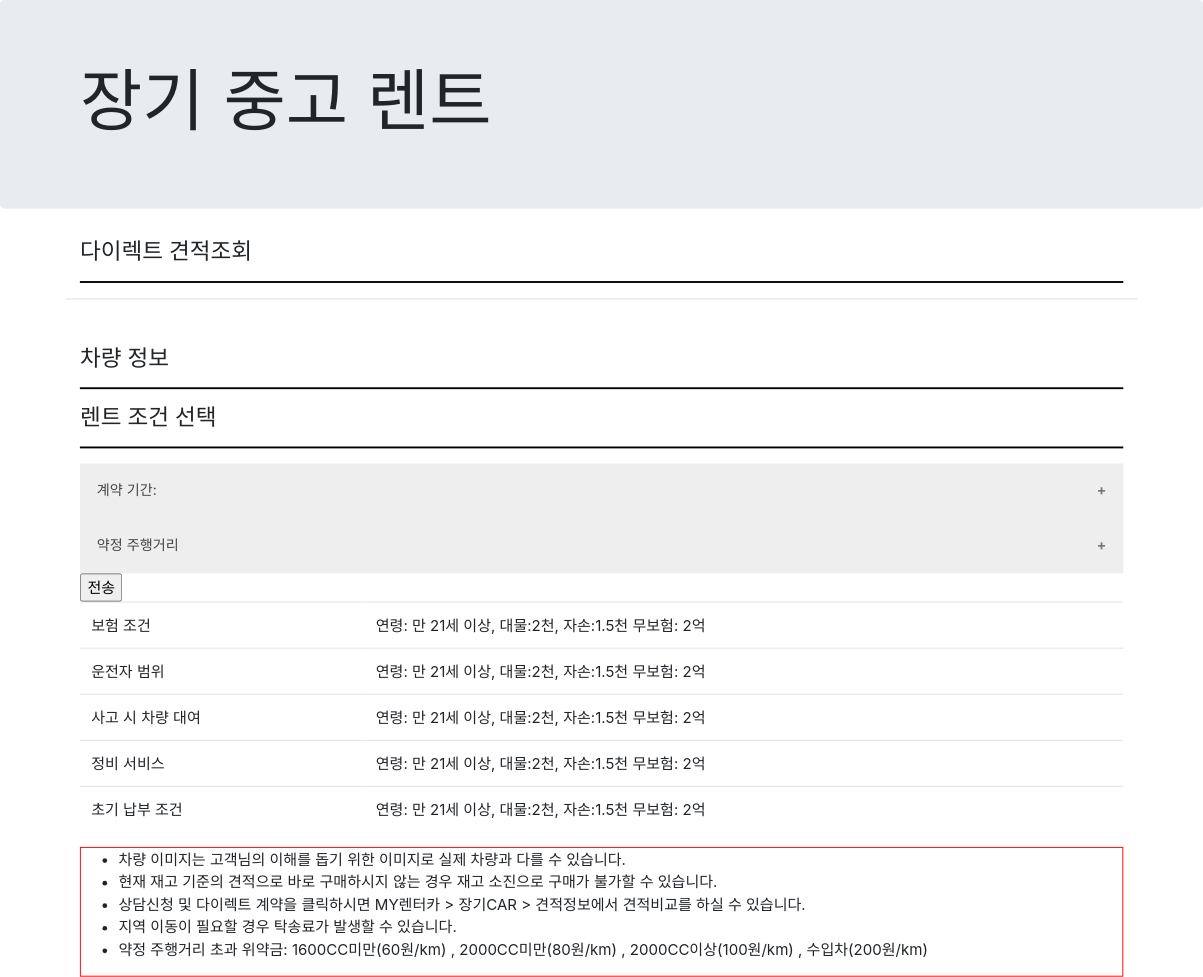
Repository: hyebinkim00/Project
Page: http://localhost/jsp/long_lent_oldcar/carLent.jsp
The author's editor kept a copy of each file at every save. The page is drawn from the files as they stood at one save, then again after the next save.
The browser window is 1280 px wide. The pictures show the whole page, at 94% of full size.
The page is served by Tomcat 9. Other server files are loaded and not shown. Queries for data that is not in the repository find no rows.

Above is the page before, as saved 2020-09-15 08:46:02.

### jsp/WebContent/long_lent_oldcar/carLent.jsp
<%@page import="java.net.URLDecoder"%>
<%@page language="java" contentType="text/html; charset=UTF-8" pageEncoding="UTF-8"%>
<%@taglib prefix="c" uri="http://java.sun.com/jsp/jstl/core" %>
<%@taglib prefix="sql" uri="http://java.sun.com/jsp/jstl/sql"  %>
<% request.setCharacterEncoding("utf-8");
//URLEncoder.encode

String carname=request.getParameter("carname");
/* String carname = new String(request.getParameter("carname").getBytes("8859_1"), "EUC-KR"); */

%>

<!DOCTYPE html>
<html>
<head>
<meta name="viewport" content="width=device-width, initial-scale=1">
<style>
.accordion {
  background-color: #eee;
  color: #444;
  cursor: pointer;
  padding: 18px;
  width: 100%;
  border: none;
  text-align: left;
  outline: none;
  font-size: 15px;
  transition: 0.4s;
}

.active, .accordion:hover {
  background-color: #ccc;
}

.accordion:after {
  content: '\002B';
  color: #777;
  font-weight: bold;
  float: right;
  margin-left: 5px;
}

.active:after {
  content: "\2212";
}

.panel {
  padding: 0 18px;
  background-color: white;
  max-height: 0;
  overflow: hidden;
  transition: max-height 0.2s ease-out;
}

div.f{
border: 1px solid red;}
</style>
<link rel="stylesheet" href="../resources/css/bootstrap.min.css" />
<meta charset="UTF-8" />
<title>장기 중고 상세</title>
<script src="https://code.jquery.com/jquery-3.5.1.min.js"></script>
<script src="https://ajax.googleapis.com/ajax/libs/jquery/3.5.1/jquery.min.js"></script>

</head>
<body>
<script type="text/javascript">

		function checkTest1() {

			let testValue = document.getElementById("cntrTermMm1").value;

			document.getElementById("result1").innerHTML = testValue;

		}
</script>

<script type="text/javascript">

		function checkTest2() {

			let testValue = document.getElementById("cntrTermMm2").value;

			document.getElementById("result2").innerHTML = testValue;

		}
</script>

	<div class="jumbotron">
		<div class="container">
			<h1 class="display-3">장기 중고 렌트</h1>
		</div>
	</div>

<div class="container">
<h4>다이렉트 견적조회</h4>
<hr style="border: solid 1px black " />

	<div class="row" style="border: 1px solid #eeeeee">
		<sql:setDataSource var="dataSource"
			url="jdbc:oracle:thin:@localhost:1521:XE"
			driver="oracle.jdbc.driver.OracleDriver"
			user="hr" password="hr"/>
			<sql:query var="resultSet" dataSource="${dataSource}">
			select * from member where id=?
			 <sql:param value="${param.carname}"/>
			</sql:query>
			<c:forEach var="row" items="${resultSet.rows}">
			<div class="col-md-5" style="border-spacing: 5px;">

				<img src="../resources/images/${row.carname}.jpg" style="width: 100%;">
			</div>
			<div class="col-md-1">

			</div>
			<div class="col-md-6">
				<br><br>


				<h3>
				<c:out value="${row.carname}"/>
				</h3>

				<hr>
				<table>
					<tr>
						<td colspan="2"><span><strong>모델명</strong></span></td>
						<td>올 뉴모닝 1.0[가솔린]VAN</td>
					</tr>
					<tr>
						<td colspan="2"><span><strong>소비자 가</strong></span>  &nbsp; &nbsp; &nbsp;</td>
						<td>10,700,000 원</td>
					</tr>
					<tr>
						<td colspan="2"><span><strong>계약 기간</strong></span></td>
						<td>최대11개월</td>
					</tr>
				</table>
				<hr>
				<p>
					표준렌탈료 &nbsp; &nbsp; &nbsp; <font size="5" color="red"> 280,000</font>원
				</p>

			</div>
			</c:forEach>
		</div>



		<div>
		<br><br>
			<h4>차량 정보</h4>
			<hr style="border: solid 1px black " />
			<div>
			<sql:query var="resultSet" dataSource="${dataSource}">
			select * from member where id=?
			 <sql:param value="${param.carname}"/>
			</sql:query>
			<c:forEach var="row" items="${resultSet.rows}">
				<table class="table" id="table">
					<tr>
						<th class="bg-light text-dark">제조사</th>
						<td><c:out value="${row.facname}"></c:out></td>
						<th class="bg-light text-dark">차량번호</th>
						<td><c:out value="${row.id}"></c:out></td>
					</tr>
					<tr>
						<th class="bg-light text-dark">차종</th>
						<td><c:out value="${row.carnum}"></c:out></td>
						<th class="bg-light text-dark">최초 등록일</th>
						<td>2017-10-18</td>
					</tr>
					<tr>
						<th class="bg-light text-dark">모델명</th>
						<td colspan="3">올 뉴모닝 1.0[가솔린]VAN</td>
					</tr>
					<tr>
						<th class="bg-light text-dark">제조사차량옵션</th>
						<td colspan="3">4단자동변속기</td>
					</tr>
					<tr>
						<th class="bg-light text-dark" >제조사차량옵션2</th>
						<td colspan="3">-</td>
					</tr>
					<tr>
						<th class="bg-light text-dark">주행거리</th>
						<td>62,256 km</td>
						<th class="bg-light text-dark">연료</th>
						<td>휘발유</td>
					</tr>
					<tr>
						<th class="bg-light text-dark">배기량</th>
						<td>1,000 cc</td>
						<th class="bg-light text-dark">색상</th>
						<td>스파클링실버</td>
					</tr>
					<tr>
						<th class="bg-light text-dark">지역</th>
						<td colspan="3"></td>
					</tr>
				</table>
				</c:forEach>
			</div>
		</div>

<div>
<h4> 렌트 조건 선택 </h4>
<hr style="border: solid 1px black " />

<button class="accordion">계약 기간: &nbsp;&nbsp;&nbsp;<span id="result1"></span></button>
<form action="NewFile.jsp" method="post">
<div class="panel"><span>차량 운행할수 있는 총 대여기간: &nbsp; &nbsp; &nbsp; &nbsp;</span>
<select name="cntrTermMm" id="cntrTermMm1" class="option01" >
<option value="1개월">1개월</option>
<option value="2개월">2개월</option>
<option value="3개월">3개월</option>
<option value="4개월">4개월</option>
<option value="5개월">5개월</option></select>
</div>

<button class="accordion">약정 주행거리  <span id="result2"></span></button>
<div class="panel"><span>계약기간 총 주행거리 초과 시 위약금 발생   </span>
<select  name="cntrTermMm" id="cntrTermMm2" class="option01" onchange="checkTest2()" >
<option value="월 2천 Km이하">월 2천 Km이하</option>
<option value="월 3천 Km이하">월 3천 Km이하</option>
<option value="월 4천 Km이하">월 4천 Km이하</option>
</select>
</div>

<input type="submit" value="전송">
</form>
</div>


<table class="table talbe-hover">
<tr><td>보험 조건</td><td>연령: 만 21세 이상, 대물:2천, 자손:1.5천 무보험: 2억</td></tr>
<tr><td>운전자 범위</td><td>연령: 만 21세 이상, 대물:2천, 자손:1.5천 무보험: 2억</td></tr>
<tr><td>사고 시 차량 대여</td><td>연령: 만 21세 이상, 대물:2천, 자손:1.5천 무보험: 2억</td></tr>
<tr><td>정비 서비스</td><td>연령: 만 21세 이상, 대물:2천, 자손:1.5천 무보험: 2억</td></tr>
<tr><td>초기 납부 조건</td><td>연령: 만 21세 이상, 대물:2천, 자손:1.5천 무보험: 2억</td></tr>
</table>

<div class="f">
<ul>
<li>차량 이미지는 고객님의 이해를 돕기 위한 이미지로 실제 차량과 다를 수 있습니다.</li>
<li>현재 재고 기준의 견적으로 바로 구매하시지 않는 경우 재고 소진으로 구매가 불가할 수 있습니다.</li>
<li>상담신청 및 다이렉트 계약을 클릭하시면 <span class="cl-point2">MY렌터카 &gt; 장기CAR &gt; 견적정보</span>에서 견적비교를 하실 수 있습니다.</li>
<li>지역 이동이 필요할 경우 탁송료가 발생할 수 있습니다.</li>
<li>약정 주행거리 초과 위약금: 1600CC미만(60원/km) , 2000CC미만(80원/km) , 2000CC이상(100원/km) , 수입차(200원/km)</li>
</ul>

</div>




</div>










<script>
var acc = document.getElementsByClassName("accordion");
var i;

for (i = 0; i < acc.length; i++) {
  acc[i].addEventListener("click", function() {
    this.classList.toggle("active");
    var panel = this.nextElementSibling;
    if (panel.style.maxHeight) {
      panel.style.maxHeight = null;
    } else {
      panel.style.maxHeight = panel.scrollHeight + "px";
    }
  });
}
</script>

</body>
</html>

Loaded but not shown: jsp/WebContent/resources/css/bootstrap.min.css (library)

After the next save:
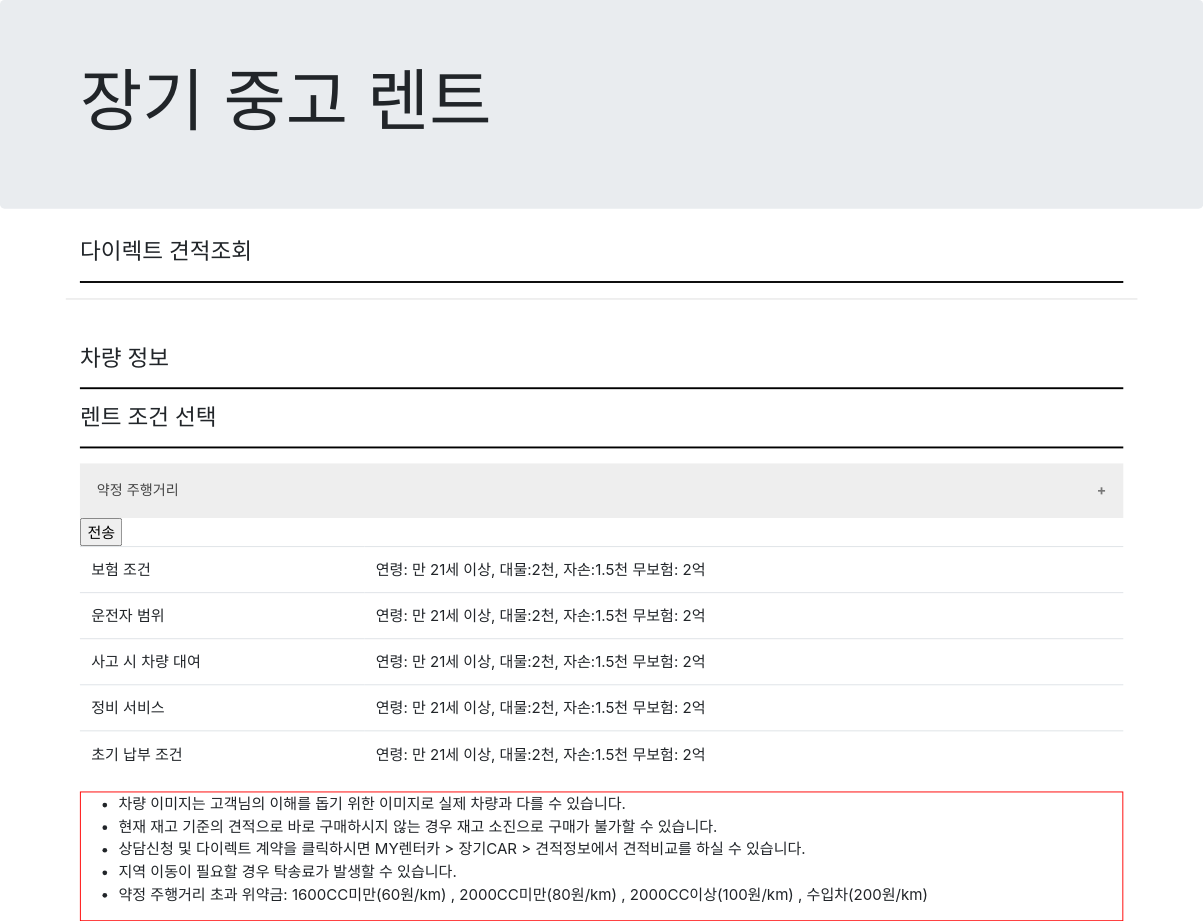
Saved 10 min 15 s later.
--- a/jsp/WebContent/long_lent_oldcar/carLent.jsp
+++ b/jsp/WebContent/long_lent_oldcar/carLent.jsp
@@ -206,7 +206,7 @@ border: 1px solid red;}
 <h4> 렌트 조건 선택 </h4>
 <hr style="border: solid 1px black " />
 
-<button class="accordion">계약 기간: &nbsp;&nbsp;&nbsp;<span id="result1"></span></button>
+
 <form action="NewFile.jsp" method="post">
 <div class="panel"><span>차량 운행할수 있는 총 대여기간: &nbsp; &nbsp; &nbsp; &nbsp;</span>
 <select name="cntrTermMm" id="cntrTermMm1" class="option01" >
